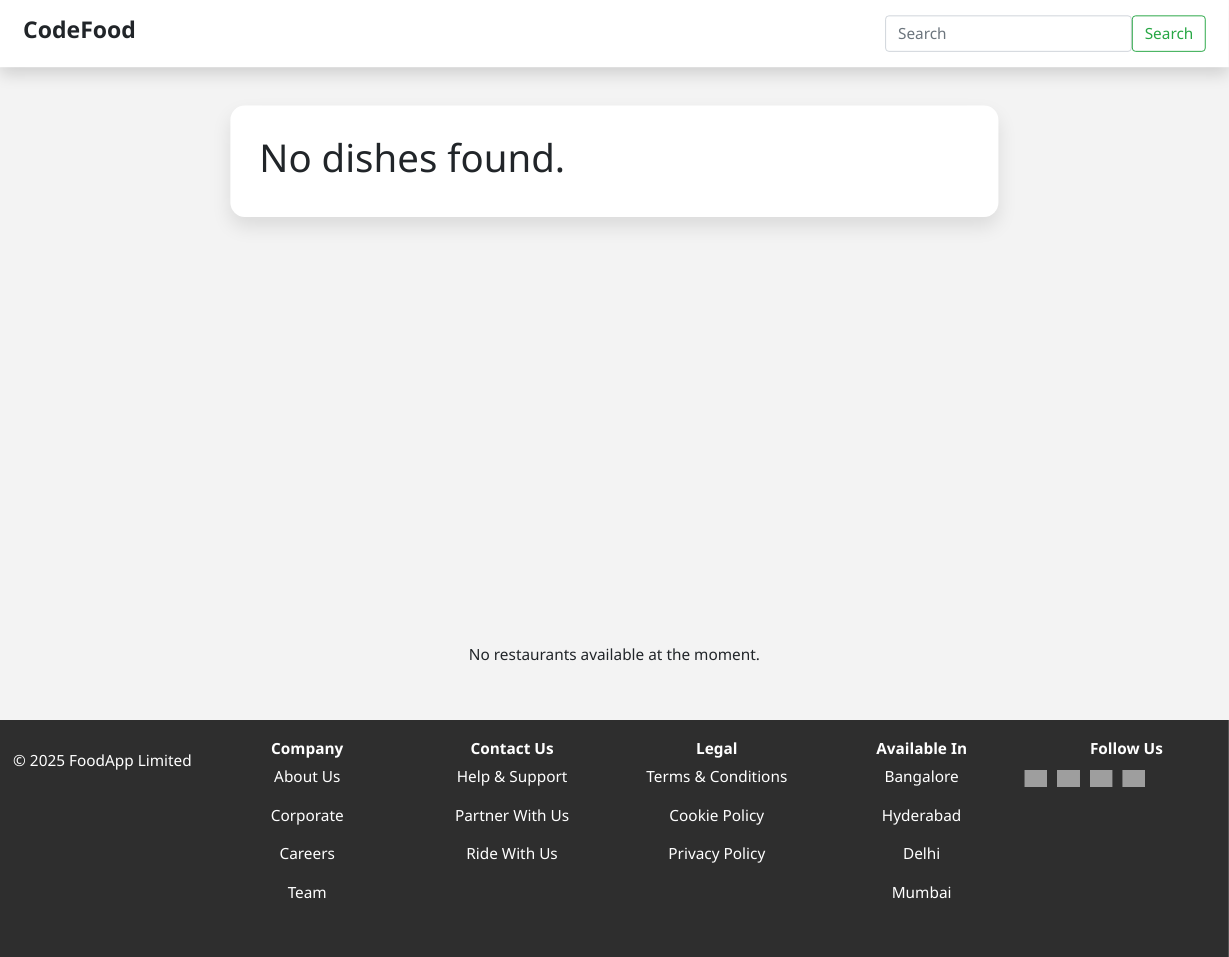
Repository: Rupeswarbhainsa777/Food-Web-App
Page: http://localhost/TapFoodApp/resturent.jsp
An editor plug-in stored every save of this project. The page is shown before and after the next save, followed by the edit.
The browser window is 1280 px wide. The pictures show the whole page, at 96% of full size.
Pictures or frames that could not be fetched are drawn as grey boxes. The page is served by Tomcat 10. Nobody is signed in. The application's start-up code is not run. Queries for data that is not in the repository find no rows.

Above is the page before, as saved 2025-05-03 15:04:46.

After the next save:
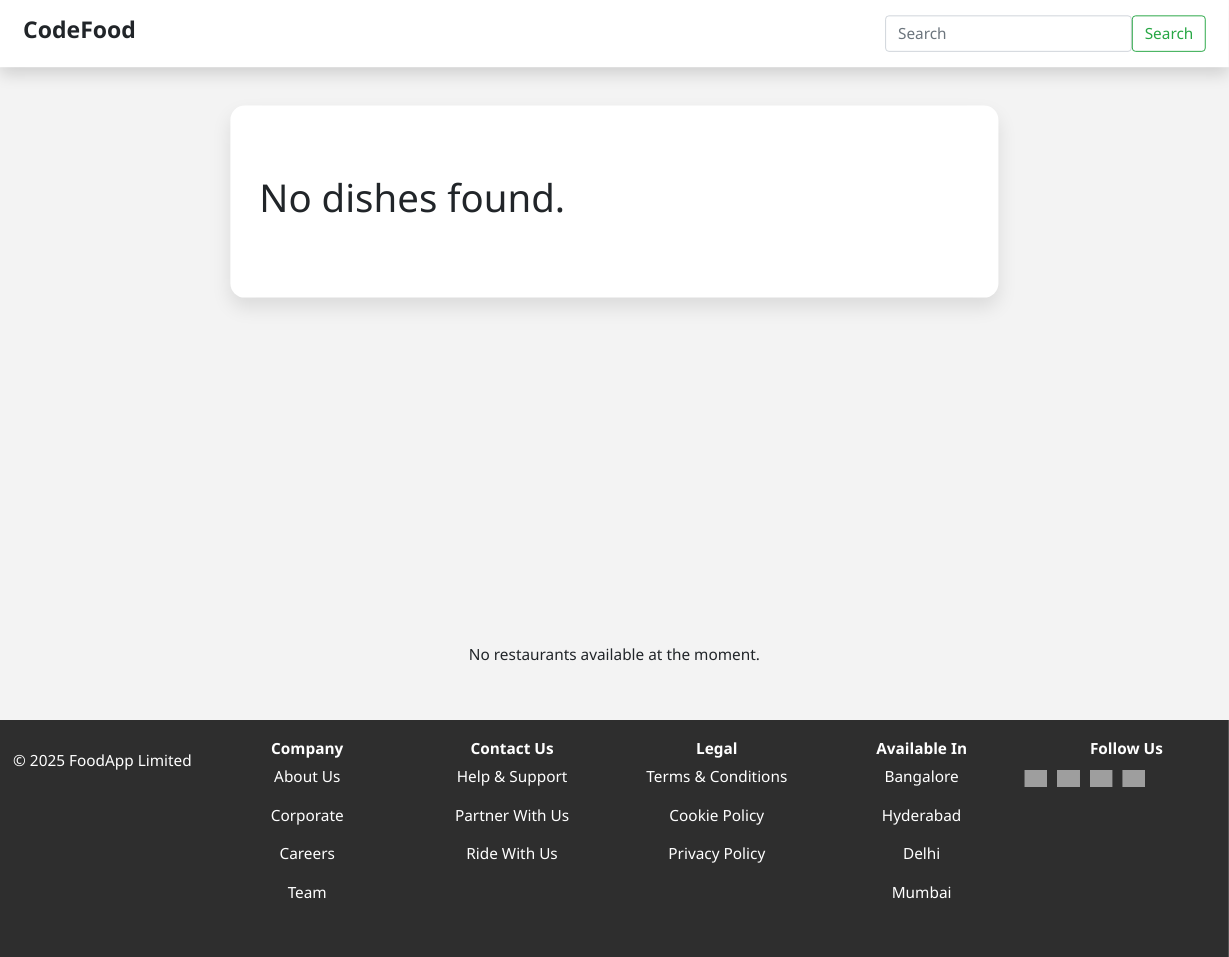
Saved 66 s later.
--- a/TapFoodApp/src/main/webapp/resturent.jsp
+++ b/TapFoodApp/src/main/webapp/resturent.jsp
@@ -77,7 +77,6 @@
         .card1 {
             display: flex;
             flex-direction: row;
-
             background: white;
             border-radius: 15px;
             box-shadow: 0 10px 20px rgba(0,0,0,0.1);
@@ -87,6 +86,7 @@
             align-items: center;
             justify-content: space-between;
             gap: 30px;
+            height: 200px;
         }
 
         .text1 {
@@ -137,6 +137,7 @@
             transition: all 0.3s ease-in-out;
             box-shadow: 0 2px 6px rgba(0, 0, 0, 0.1);
             border: none;
+
         }
 
         .card:hover {

After the save that followed:
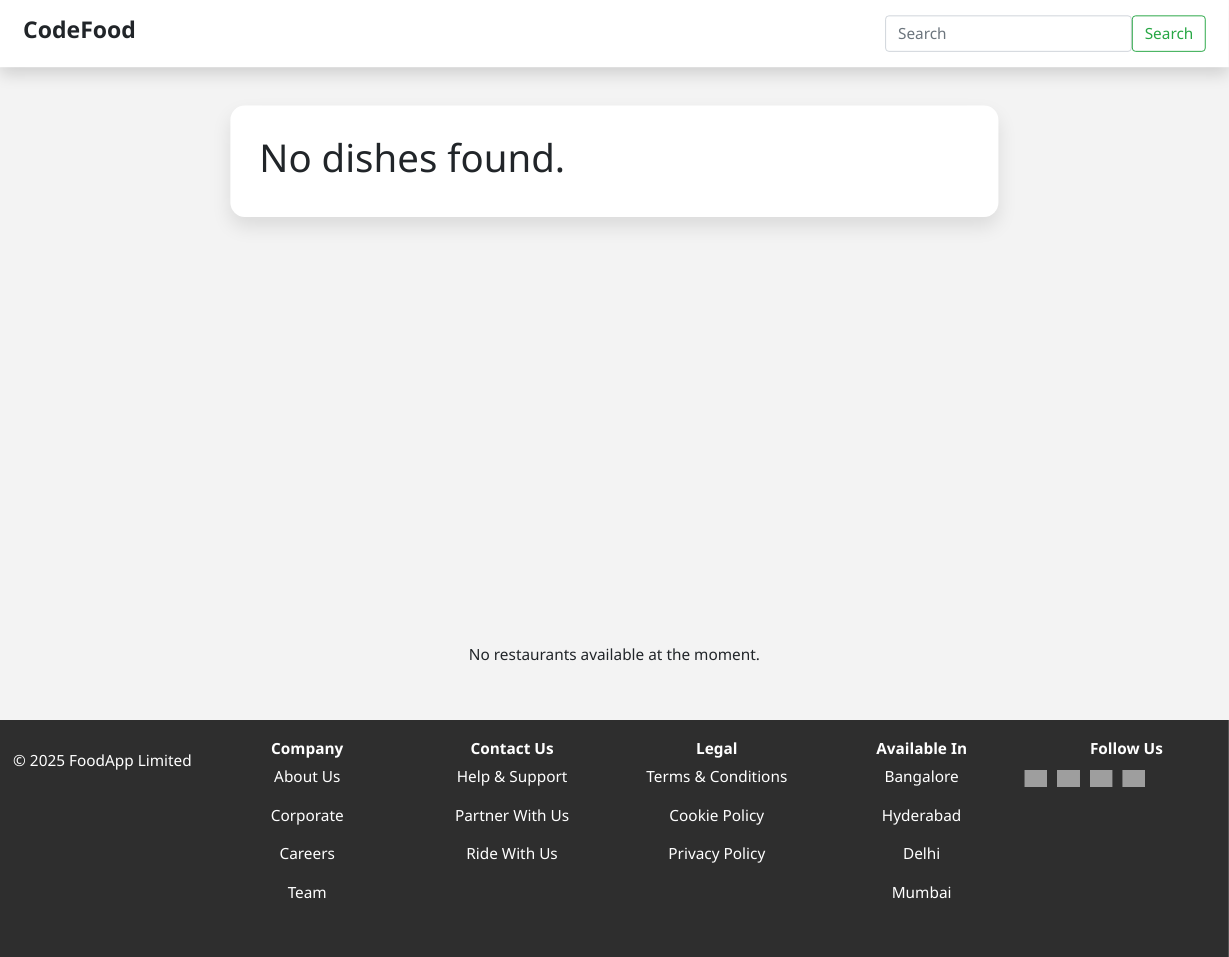
Saved 9 s later.
--- a/TapFoodApp/src/main/webapp/resturent.jsp
+++ b/TapFoodApp/src/main/webapp/resturent.jsp
@@ -86,7 +86,7 @@
             align-items: center;
             justify-content: space-between;
             gap: 30px;
-            height: 200px;
+
         }
 
         .text1 {
